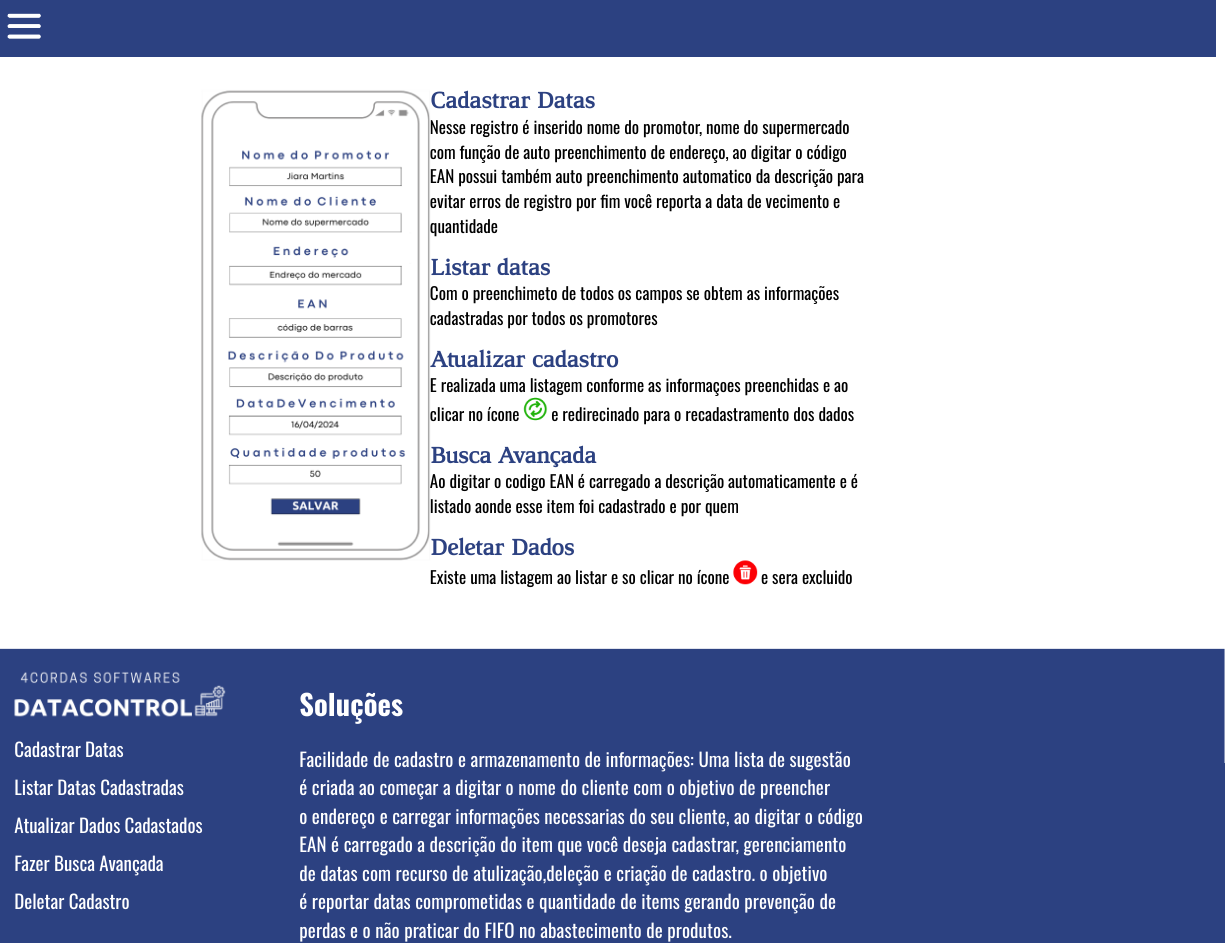
Repository: alfredo-allan/ControleDeDatasFrontEnd
Page: index.html
The author's editor kept a copy of each file at every save. The page is drawn from the files as they stood at one save, then again after the next save.
The browser window is 1280 px wide. The page is 1289 px wide, so the pictures cover 1289 px, including what lies to the right of the window. The pictures show the whole page, at 95% of full size.

Above is the page before, as saved 2024-04-30 14:59:54.
Console error: TypeError: Cannot read properties of null (reading 'addEventListener')

After the next save:
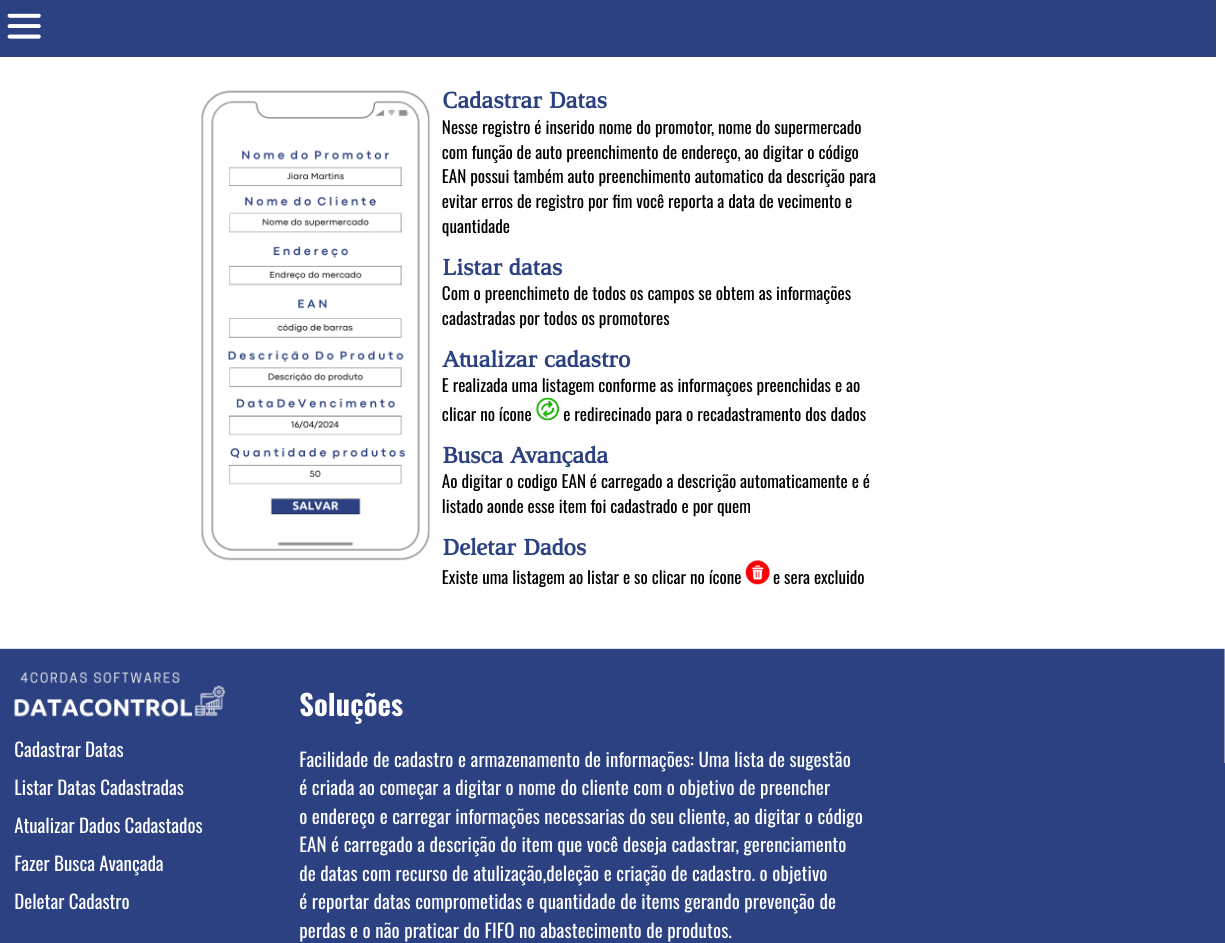
Saved 4 s later.
--- a/style/style.css
+++ b/style/style.css
@@ -451,7 +451,7 @@ button:focus {
   flex-direction: column;
   direction: ltr;
   /* justify-content: center; */
-  margin-left: 32%;
+  margin-left: 33%;
   margin-top: -41%;
   width: 40%;
   li {
